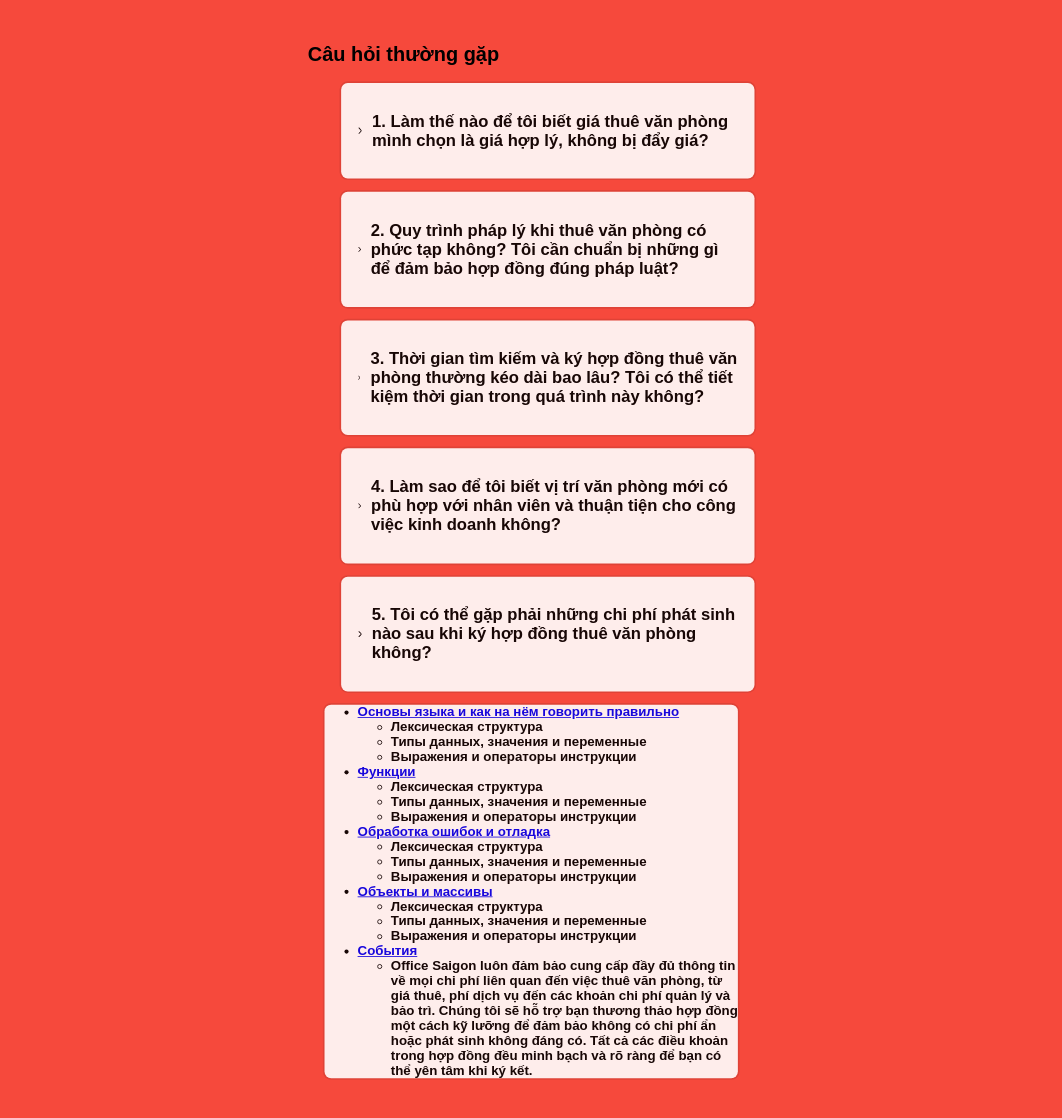
Repository: lannguyen1301/html-office-saigon
Page: accordion.html
The author's editor kept a copy of each file at every save. The page is drawn from the files as they stood at one save, then again after a run of saves.
The browser window is 1280 px wide. The pictures show the whole page, at 83% of full size.

Above is the page before, as saved 2025-02-12 23:18:13.

### accordion.html
<!DOCTYPE html>
<html lang="en">

<head>
    <meta charset="UTF-8">
    <meta name="viewport" content="width=device-width, initial-scale=1.0">
    <title>ACCODION</title>
    <link rel="stylesheet" href="accordion.css">
</head>

<body>
    <main>
        <h2>Câu hỏi thường gặp</h2>
        <ol class="accodion-list">
            <li class="accordion" id="howto">
                <h3 class="title">
                    <a href="#howto">
                        1. Làm thế nào để tôi biết giá thuê văn phòng mình chọn là giá hợp lý, không bị
                        đẩy giá?</a>
                </h3>
                <div class="content">
                    <div class="wrapper">
                        <p>
                            Office Saigon cung cấp thông tin minh bạch về giá thuê từ các tòa nhà mà chúng tôi hợp tác.
                            Chúng tôi luôn so sánh giá trên thị trường để đảm bảo bạn nhận được mức giá tốt nhất, phù
                            hợp với vị trí và tiện ích mà tòa nhà cung cấp. Chúng tôi không thêm phí môi giới cho khách
                            hàng thuê và đảm bảo mức giá bạn nhận được là mức giá gốc từ phía tòa nhà.
                        </p>
                    </div>
                </div>
            </li>

            <li class="accordion" id="legalprocess">
                <h3 class="title">
                    <a href="#legalprocess">
                        2. Quy trình pháp lý khi thuê văn phòng có phức tạp không? Tôi cần chuẩn
                        bị những gì để đảm bảo hợp đồng đúng pháp luật?</a>
                </h3>
                <div class="content">
                    <div class="wrapper">
                        <p>
                            Quy trình pháp lý khi thuê văn phòng có thể phức tạp, nhưng bạn hoàn toàn không phải lo lắng
                            khi sử dụng dịch vụ của Office Saigon. Chúng tôi sẽ hỗ trợ bạn từ khâu thương thảo hợp đồng,
                            đàm phán các điều khoản đến việc hoàn tất thủ tục pháp lý. Đội ngũ pháp lý chuyên nghiệp của
                            chúng tôi sẽ đảm bảo mọi chi tiết trong hợp đồng đều rõ ràng, minh bạch và tuân thủ đúng quy
                            định của pháp luật.
                        </p>

                    </div>
                </div>
            </li>

            <li class="accordion" id="searchtime">
                <h3 class="title">
                    <a href="#searchtime">
                        3. Thời gian tìm kiếm và ký hợp đồng thuê văn phòng thường kéo dài bao lâu? Tôi có thể tiết kiệm
                        thời gian trong quá trình này không?
                    </a>
                </h3>
                <div class="content">
                    <div class="wrapper">
                        <p>
                            Với dịch vụ của Office Saigon, quá trình tìm kiếm và ký hợp đồng thuê văn phòng thường chỉ
                            kéo dài từ 1-2 tuần, tùy thuộc vào yêu cầu cụ thể của bạn. Chúng tôi cung cấp danh sách các
                            tòa nhà phù hợp trong thời gian ngắn, giúp bạn tiết kiệm đáng kể thời gian và công sức so
                            với việc tự tìm kiếm. Quy trình của chúng tôi được tối ưu để bạn có thể nhanh chóng chọn
                            được văn phòng và ký kết hợp đồng mà không phải lo lắng về bất kỳ chi tiết nào.
                        </p>
                    </div>
                </div>
            </li>

            <li class="accordion" id="whyknow">
                <h3 class="title">
                    <a href="#whyknow">
                        4. Làm sao để tôi biết vị trí văn phòng mới có phù hợp với nhân viên và thuận tiện cho công việc
                        kinh doanh không?
                    </a>
                </h3>
                <div class="content">
                    <div class="wrapper">
                        <p>
                            Office Saigon luôn tư vấn kỹ lưỡng về vị trí văn phòng dựa trên yêu cầu của bạn và phân tích
                            các yếu tố như giao thông, tiện ích xung quanh, và sự thuận tiện cho nhân viên. Chúng tôi
                            hiểu rằng một vị trí văn phòng thuận tiện sẽ giúp tăng hiệu suất làm việc của nhân viên và
                            thuận lợi cho việc kinh doanh của bạn. Dựa vào mạng lưới hơn 2230 tòa nhà tại TP.HCM, chúng
                            tôi sẽ giúp bạn chọn được văn phòng ở vị trí chiến lược, tối ưu nhất cho doanh nghiệp của
                            bạn.
                        </p>
                    </div>
                </div>
            </li>
            <li class="accordion" id="costsincurred">
                <h3 class="title">
                    <a href="#costsincurred">
                        5. Tôi có thể gặp phải những chi phí phát sinh nào sau khi ký hợp đồng thuê văn phòng không?
                    </a>
                </h3>
                <div class="content">
                    <div class="wrapper">
                        <p>
                            Office Saigon luôn đảm bảo cung cấp đầy đủ thông tin về mọi chi phí liên quan đến việc thuê
                            văn phòng, từ giá thuê, phí dịch vụ đến các khoản chi phí quản lý và bảo trì. Chúng tôi sẽ
                            hỗ trợ bạn thương thảo hợp đồng một cách kỹ lưỡng để đảm bảo không có chi phí ẩn hoặc phát
                            sinh không đáng có. Tất cả các điều khoản trong hợp đồng đều minh bạch và rõ ràng để bạn có
                            thể yên tâm khi ký kết.
                        </p>
                    </div>
                </div>
            </li>
        </ol>
    </main>
</body>

</html>

<nav class="navigation">
    <!-- <header class="navigation__logo">
        <img src="https://s27.postimg.org/p5shqemzn/logo.png" alt="Navigation's logo" width="216" height="39">
    </header> -->
    <article>
        <ul class="accordion">
            <li class="accordion__item">
                <a href="#" class="accordion__link accordion__link_active">Основы языка и как на нём говорить
                    правильно</a>
                <ul class="sub-accordion">
                    <li class="sub-accordion__item">Лексическая структура</li>
                    <li class="sub-accordion__item">Типы данных, значения и переменные</li>
                    <li class="sub-accordion__item">Выражения и операторы инструкции</li>
                </ul>
            </li>
            <li class="accordion__item">
                <a href="#" class="accordion__link">Функции</a>
                <ul class="sub-accordion">
                    <li class="sub-accordion__item">Лексическая структура</li>
                    <li class="sub-accordion__item">Типы данных, значения и переменные</li>
                    <li class="sub-accordion__item">Выражения и операторы инструкции</li>
                </ul>
            </li>
            <li class="accordion__item">
                <a href="#" class="accordion__link">Обработка ошибок и отладка</a>
                <ul class="sub-accordion">
                    <li class="sub-accordion__item">Лексическая структура</li>
                    <li class="sub-accordion__item">Типы данных, значения и переменные</li>
                    <li class="sub-accordion__item">Выражения и операторы инструкции</li>
                </ul>
            </li>
            <li class="accordion__item">
                <a href="#" class="accordion__link">Объекты и массивы</a>
                <ul class="sub-accordion">
                    <li class="sub-accordion__item">Лексическая структура</li>
                    <li class="sub-accordion__item">Типы данных, значения и переменные</li>
                    <li class="sub-accordion__item">Выражения и операторы инструкции</li>
                </ul>
            </li>
            <li class="accordion__item">
                <a href="#" class="accordion__link">События</a>
                <ul class="sub-accordion">
                    <li class="sub-accordion__item">Office Saigon luôn đảm bảo cung cấp đầy đủ thông tin về mọi chi phí
                        liên quan đến việc thuê
                        văn phòng, từ giá thuê, phí dịch vụ đến các khoản chi phí quản lý và bảo trì. Chúng tôi sẽ
                        hỗ trợ bạn thương thảo hợp đồng một cách kỹ lưỡng để đảm bảo không có chi phí ẩn hoặc phát
                        sinh không đáng có. Tất cả các điều khoản trong hợp đồng đều minh bạch và rõ ràng để bạn có
                        thể yên tâm khi ký kết.</li>
                    <!-- <li class="sub-accordion__item">Типы данных, значения и переменные</li> -->
                    <!-- <li class="sub-accordion__item">Выражения и операторы инструкции</li> -->
                </ul>
            </li>
        </ul>
    </article>
</nav>

### accordion.css
:root {
    --size-header: 2.25rem;
    --size-accordion-title: 1.25rem;
    --size-accordion-content: 1rem;
    --animation-speed: 100;
    --slide-ease: cubic-bezier(0.86, 0, 0.07, 1);
    --slide-duration: calc(400ms * 100 / var(--animation-speed));
    --slide-delay: calc(450ms * 100 / var(--animation-speed));
    --circle-duration: calc(900ms * 100 / var(--animation-speed));
}

*,
*::before,
*::after {
    position: relative;
    left: 0;
    top: 0;
    box-sizing: border-box;
}

a,
p,
h1 {
    margin: 0;
}

html {
    height: 100%;
}

body {
    background-color: hsl(4, 91%, 60%);
    font-family: Nunito, Arial, Helvetica, sans-serif;
    font-weight: 600;
    margin: 0;
    display: grid;
    place-items: center;
    padding: 2rem 2rem;
    min-height: 100%;
}

html,
body {
    scroll-behavior: smooth;
    scroll-padding-top: 1rem;
}

main > h1 {
    font-size: var(--size-header);
    margin-bottom: 1.25rem;
    color: #fff;
}

::selection {
    background-color: rgba(0, 0, 0, 0.4);
}

.accordion {
    --circle-x: 1.8rem;
    --circle-y: 0;
    --circle-r: 200%;
    --circle-bg: #fff;
    color: #000;

    background-color: var(--circle-bg);
    max-width: 56ch;
    margin-bottom: 1rem;
    border-radius: min(8px, 0.5rem);

    display: grid;
    grid-template-rows: 0fr 0fr;
    transition-timing-function: var(--slide-ease);
    transition-duration: 200ms, 200ms, var(--slide-duration);
    transition-property: opacity, box-shadow, grid-template-rows;
    transition-delay: 0ms, 0ms, var(--slide-delay);
    box-shadow: 0 0 0 2px rgba(0, 0, 0, 0.1);
    opacity: 0.9;
}

.accordion:not(:target):hover {
    box-shadow: 0 0 0 2px rgba(0, 0, 0, 0.5);
}

.accordion:not(:target):active {
    opacity: 1;
    box-shadow: 0 4px 7px 0 rgba(0, 0, 0, 0.3);
}

.accordion,
.content {
    overflow: hidden;
}

.accordion:target {
    --d: 90deg;
    grid-template-rows: 0fr 1fr;
    transition: grid-template-rows var(--slide-ease) var(--slide-duration)
        var(--slide-delay);
}

.wrapper {
    padding-block: 0 1.05rem;
    padding-inline: 1.25rem;
}

.content {
    font-size: var(--size-accordion-content);
    line-height: 140%;
}

.content p {
    margin-bottom: 1rem;
}

.content a {
    color: currentColor;
    font-weight: 800;
    text-decoration: underline;
}

main :last-child,
.content :last-child {
    margin-bottom: 0;
}

.title a {
    padding: 1rem 1.25rem;
    font-size: var(--size-accordion-title);
    font-weight: 800;
    color: currentColor;
    text-decoration: none;
    display: flex;
    flex-direction: row;
    place-items: center;
}

.title a::before {
    --chevron-icon: url("data:[embedded picture, 464 characters]");
    content: "";
    left: 0;
    top: 0;
    width: 0.65rem;
    aspect-ratio: 320 / 512;
    display: inline-block;
    margin-right: 0.75rem;
    transform: rotate(var(--d, 0deg));
    transition: transform var(--slide-ease) var(--slide-duration)
        var(--slide-delay);
    mask-image: var(--chevron-icon);
    mask-size: 100% 100%;
    -webkit-mask-image: var(--chevron-icon);
    -webkit-mask-size: 100% 100%;
    background-color: currentColor;
}

.accordion::before,
.accordion::after {
    content: "";
    position: absolute;
    width: 100%;
    height: 100%;
    background-color: var(--circle-bg);
    mix-blend-mode: difference;
    transform-style: preserve-3d;
    transition-timing-function: ease;
    transition-property: opacity, clip-path, visibility;
    pointer-events: none;
    clip-path: circle(var(--r) at var(--circle-x) var(--circle-y));
    border-radius: inherit;
    z-index: 4;
}

.accordion::before {
    --r: 0%;
    transition-delay: var(--circle-duration), var(--circle-duration), 0ms;
    transition-duration: 0ms, var(--circle-duration), 0ms;
    opacity: 0;
}

.accordion:target::before {
    --r: var(--circle-r);
    transition-delay: 0ms, 0ms, 0ms;
    transition-duration: 0ms, var(--circle-duration), 0ms;
    opacity: 1;
}

.accordion::after {
    --r: var(--circle-r);
    transition-delay: 0ms, 0ms, var(--circle-duration);
    transition-duration: 0ms, var(--circle-duration), 0ms;
    visibility: hidden;
    opacity: 1;
}

.accordion:target:after {
    --r: 0%;
    transition-delay: 0ms, 0ms, 0ms;
    transition-duration: 0ms, 0ms, 0ms;
    visibility: visible;
    opacity: 0;
}

.title a:focus-visible {
    background-color: hsl(0, 100%, 90%);
    outline: none;
}

.accordion:target .title a:focus-visible {
    background-color: hsl(183, 100%, 93%);
}

After the next 2 saves:
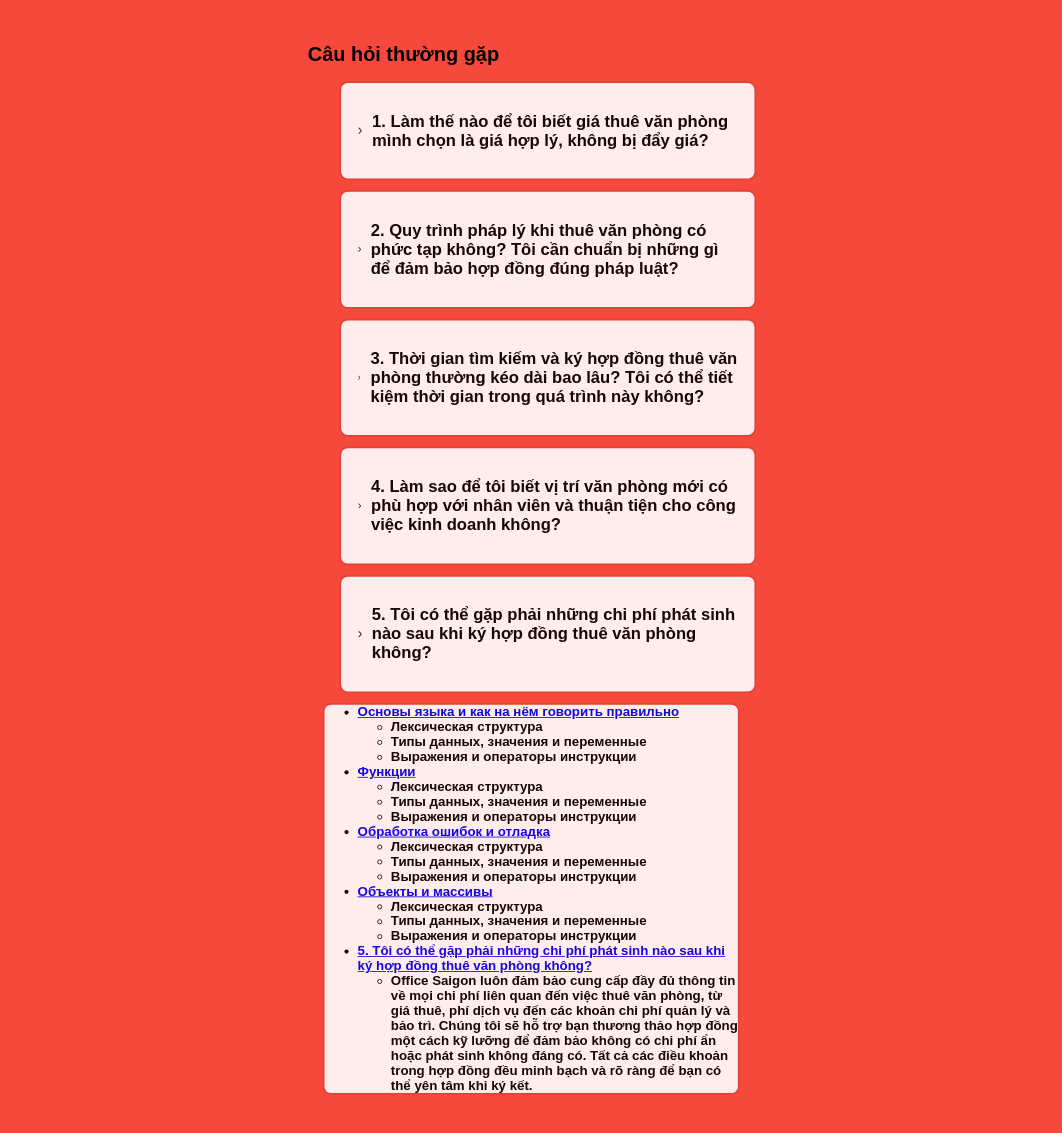
The 2 saves are shown as one change because they came seconds apart.
The last was saved 57 s later.
--- a/accordion.html
+++ b/accordion.html
@@ -154,7 +154,9 @@
                 </ul>
             </li>
             <li class="accordion__item">
-                <a href="#" class="accordion__link">События</a>
+                <a href="#" class="accordion__link">
+                    5. Tôi có thể gặp phải những chi phí phát sinh nào sau khi ký hợp
+                    đồng thuê văn phòng không?</a>
                 <ul class="sub-accordion">
                     <li class="sub-accordion__item">Office Saigon luôn đảm bảo cung cấp đầy đủ thông tin về mọi chi phí
                         liên quan đến việc thuê
